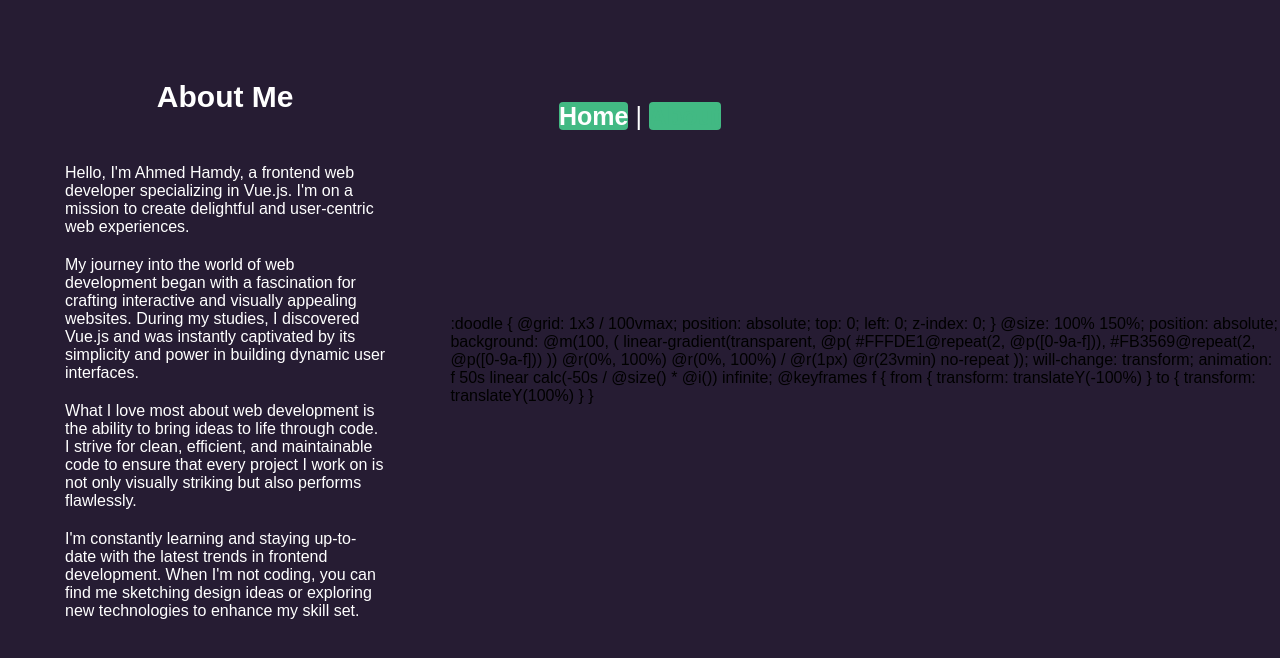
Repository: ahamdy997/portfolio
Page: /about
These files come from the project's save history. The page is drawn as it stood at one moment and after the next save; the edit follows.
The browser window is 1280 px wide. The pictures show the whole page.
The project was rebuilt for these pictures with package versions that can differ from the ones it lists, and the page was loaded fresh each time. Also part of the build but not shown: vue.config.js, src/components/HelloWorld.vue, src/views/HomeView.vue.

Above is the page before, as saved 2023-11-05 00:24:51.

After the next save:
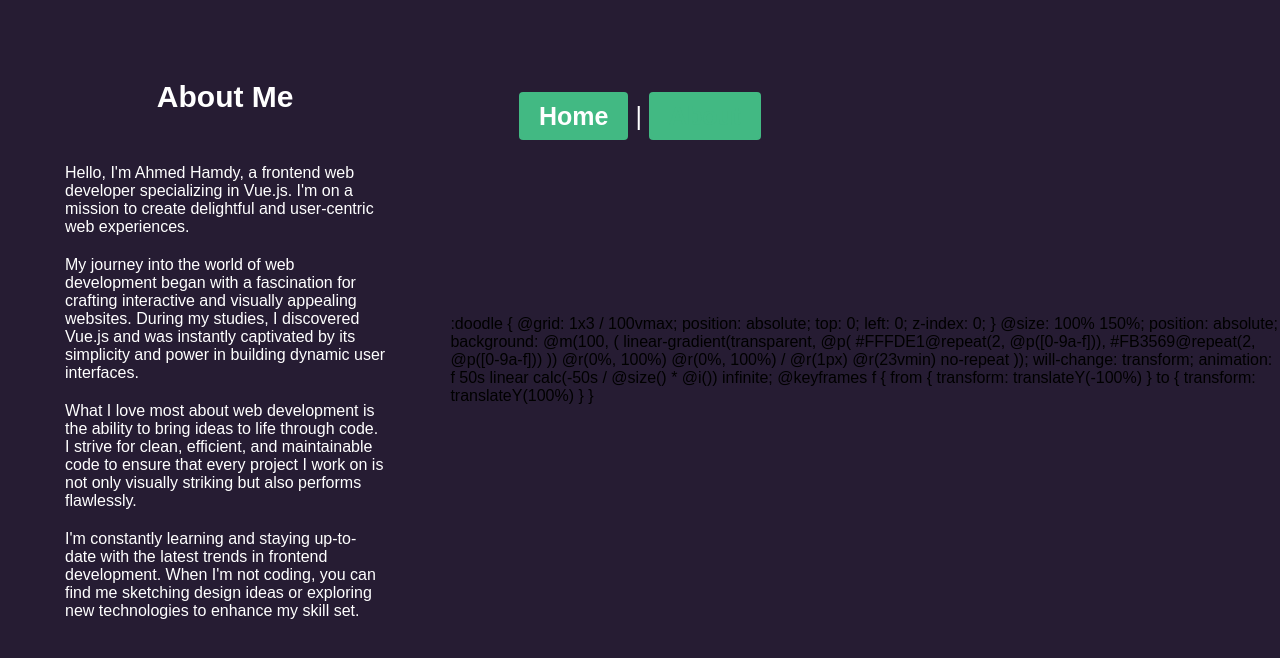
Saved 5 s later.
--- a/src/App.vue
+++ b/src/App.vue
@@ -32,7 +32,7 @@ nav a {
   text-decoration: none;
   border-radius: 4px;
   background-color: #42b983;
-  padding: 10 20px;
+  padding: 10px 20px;
 }
 a:hover {
   color: #cbb8e3;
